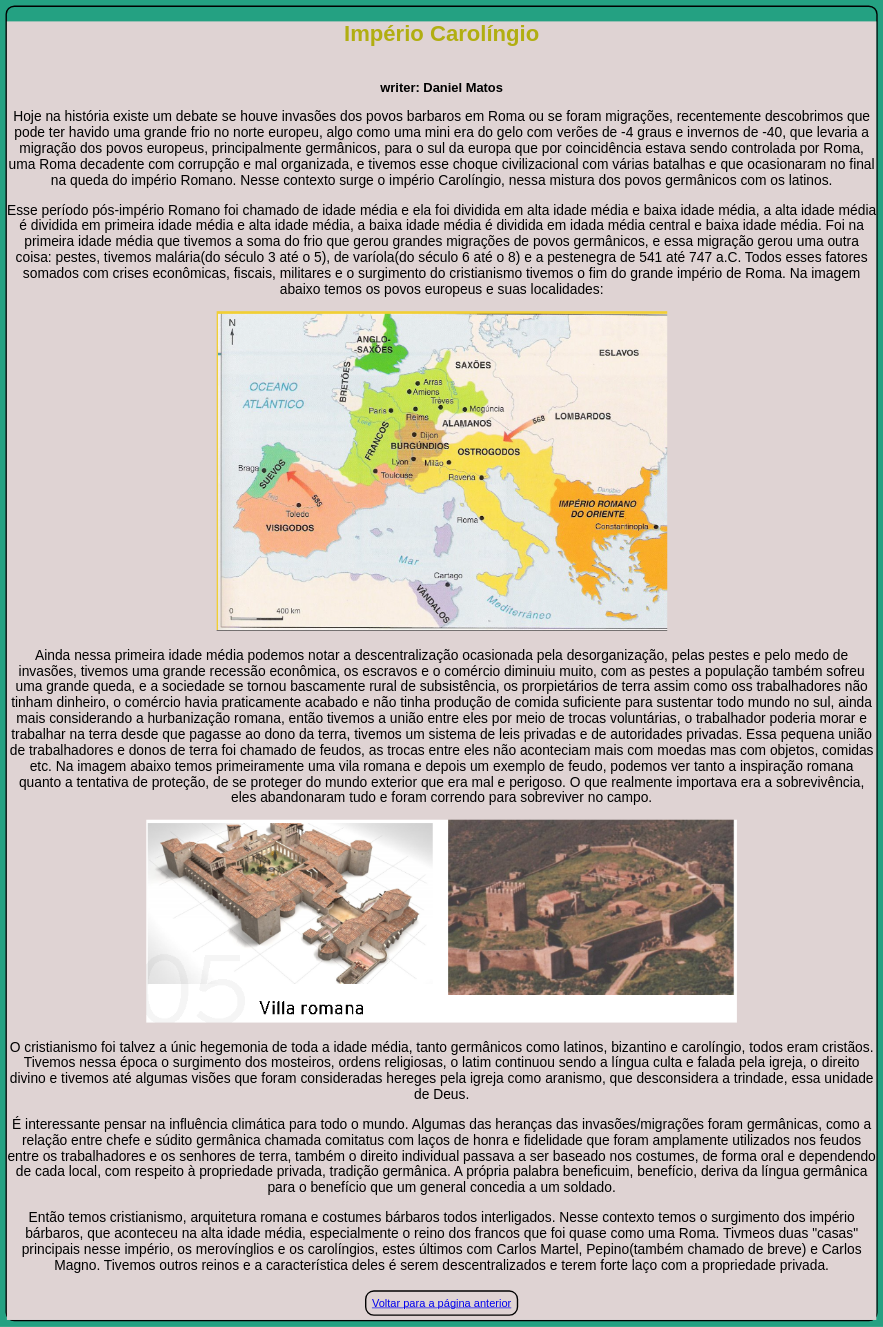
Repository: batmit/FutureFundation.github.io-1
Page: menu/articles/history/ancient/caroníngio/caronígio.html
An editor plug-in stored every save of this project. The page is shown before and after the next save, followed by the edit.
The browser window is 1280 px wide. The pictures show the whole page, at 69% of full size.

Above is the page before, as saved 2021-10-05 13:41:31.

### menu/articles/history/ancient/caroníngio/caronígio.html
<!DOCTYPE html>
<html lang="en">
<head>
    <meta charset="UTF-8">
    <meta http-equiv="X-UA-Compatible" content="IE=edge">
    <meta name="viewport" content="width=device-width, initial-scale=1.0">
    <title>Império Carolíngio</title>
    <link rel="stylesheet" href="../../../../main.css">
</head>
<body>
    <div id="all">
        <header>
            <h1>Império Carolíngio</h1>
            <h3>writer: Daniel Matos</h3>
        </header>
        <p>Hoje na história existe um debate se houve invasões dos povos barbaros em Roma ou se foram migrações, recentemente descobrimos que pode ter havido uma grande frio no norte europeu, algo como uma mini era do gelo com verões de -4 graus e invernos de -40, que levaria a migração dos povos europeus, principalmente germânicos, para o sul da europa que por coincidência estava sendo controlada por Roma, uma Roma decadente com corrupção e mal organizada, e tivemos esse choque civilizacional com várias batalhas e que ocasionaram no final na queda do império Romano. Nesse contexto surge o império Carolíngio, nessa mistura dos povos germânicos com os latinos.</p>

        <p>Esse período pós-império Romano foi chamado de idade média e ela foi dividida em alta idade média e baixa idade média, a alta idade média é dividida em primeira idade média e alta idade média, a baixa idade média é dividida em idada média central e baixa idade média. Foi na primeira idade média que tivemos a soma do frio que gerou grandes migrações de povos germânicos, e essa migração gerou uma outra coisa: pestes, tivemos malária(do século 3 até o 5), de varíola(do século 6 até o 8) e a pestenegra de 541 até 747 a.C. Todos esses fatores somados com crises econômicas, fiscais, militares e o surgimento do cristianismo tivemos o fim do grande império de Roma. Na imagem abaixo temos os povos europeus e suas localidades:</p>
        <img src="./povos_eutopeus.PNG" alt="povos europeus">

        <p>Ainda nessa primeira idade média podemos notar a descentralização ocasionada pela desorganização, pelas pestes e pelo medo de invasões, tivemos uma grande recessão econômica, os escravos e o comércio diminuiu muito, com as pestes a população também sofreu uma grande queda, e a sociedade se tornou bascamente rural de subsistência, os prorpietários de terra assim como oss trabalhadores não tinham dinheiro, o comércio havia praticamente acabado e não tinha produção de comida suficiente para sustentar todo mundo no sul, ainda mais considerando a hurbanização romana, então tivemos a união entre eles por meio de trocas voluntárias, o trabalhador poderia morar e trabalhar na terra desde que pagasse ao dono da terra, tivemos um sistema de leis privadas e de autoridades privadas. Essa pequena união de trabalhadores e donos de terra foi chamado de feudos, as trocas entre eles não aconteciam mais com moedas mas com objetos, comidas etc. Na imagem abaixo temos primeiramente uma vila romana e depois um exemplo de feudo, podemos ver tanto a inspiração romana quanto a tentativa de proteção, de se proteger do mundo exterior que era mal e perigoso. O que realmente importava era a sobrevivência, eles abandonaram tudo e foram correndo para sobreviver no campo. </p>


        <img src="./vila_romana.PNG" alt="vila romana">

        <p>O cristianismo foi talvez a únic hegemonia de toda a idade média, tanto germânicos como latinos, bizantino e carolíngio, todos eram cristãos. Tivemos nessa época o surgimento dos mosteiros, ordens religiosas, o latim continuou sendo a língua culta e falada pela igreja, o direito divino e tivemos até algumas visões que foram consideradas hereges pela igreja como aranismo, que desconsidera a trindade, essa unidade de Deus. </p>

        <p>É interessante pensar na influência climática para todo o mundo. Algumas das heranças das invasões/migrações foram germânicas, como a relação entre chefe e súdito germânica chamada comitatus com laços de honra e fidelidade que foram amplamente utilizados nos feudos entre os trabalhadores e os senhores de terra, também o direito individual passava a ser baseado nos costumes, de forma oral e dependendo de cada local, com respeito à propriedade privada, tradição germânica. A própria palabra beneficuim, benefício, deriva da língua germânica para o benefício que um general concedia a um soldado. </p>

        <p>Então temos cristianismo, arquitetura romana e costumes bárbaros todos interligados. Nesse contexto temos o surgimento dos império bárbaros, que aconteceu na alta idade média, especialmente o reino dos francos que foi quase como uma Roma. Tivmeos duas "casas" principais nesse império, os merovínglios e os carolíngios, estes últimos com Carlos Martel, Pepino(também chamado de breve) e Carlos Magno. Tivemos outros reinos e a característica deles é serem descentralizados e terem forte laço com a propriedade privada.  </p>

        <a href="./caroníngio_main.html">Voltar para a página anterior</a>
    </div>
</body>
</html>

### menu/main.css
body{

    text-align: center;

    border: black 2px solid;

    border-radius: 0.8rem;

    font-family: 'Ubuntu', arial;

    background-color: rgb(36, 161, 130);


}

#articles {
    gap: 3px;
}

#all{

    background-color: rgb(223, 211, 211);

}


#codigo{
    text-align:left;

}


img{
    text-align: center;
    justify-content: center;

}

p{
    font-size: 20px;
    font-family: 'Ubuntu', arial;
}

a{
    border: 2px solid black;

    border-radius: 0.8rem;

    box-sizing: border-box;

    padding: 0.5rem;

    line-height:3rem;

    margin: 2px;


}

a:hover{

    background-color:#F0FFFF;

}

h1{

    margin-bottom: 3rem;

    color: rgb(177, 174, 17);

}

audio {
    -webkit-transition:all 0.5s linear;
    -moz-transition:all 0.5s linear;
    -o-transition:all 0.5s linear;
    transition:all 0.5s linear;
    -moz-box-shadow: 2px 2px 4px 0px #006773;
    -webkit-box-shadow:  2px 2px 4px 0px #006773;
    box-shadow: 2px 2px 4px 0px #006773;
    -moz-border-radius:7px 7px 7px 7px ;
    -webkit-border-radius:7px 7px 7px 7px ;
    border-radius:7px 7px 7px 7px ;
}

audio:hover, audio:focus, audio:active {

-webkit-box-shadow: 15px 15px 20px rgba(0,0, 0, 0.4);
-moz-box-shadow: 15px 15px 20px rgba(0,0, 0, 0.4);
box-shadow: 15px 15px 20px rgba(0,0, 0, 0.4);
-webkit-transform: scale(1.05);
-moz-transform: scale(1.05);
transform: scale(1.05);

}



@media (max-width: 900px) {


    a{

        display: block;
        line-height: 0.5rem;
        padding: 1rem;

    }

    #img{
        text-align: right;
    }

}

@media (prefers-color-scheme: dark) {
    #all{

        background-color: rgb(90, 73, 73);

    }

    h1{
        color: white
    }

    p{
        color: white;
    }

    a{
        background-color: aqua;
    }

    h3{
        color: white;
    }

    strong {
        color: white;
    }


}

After the next save:
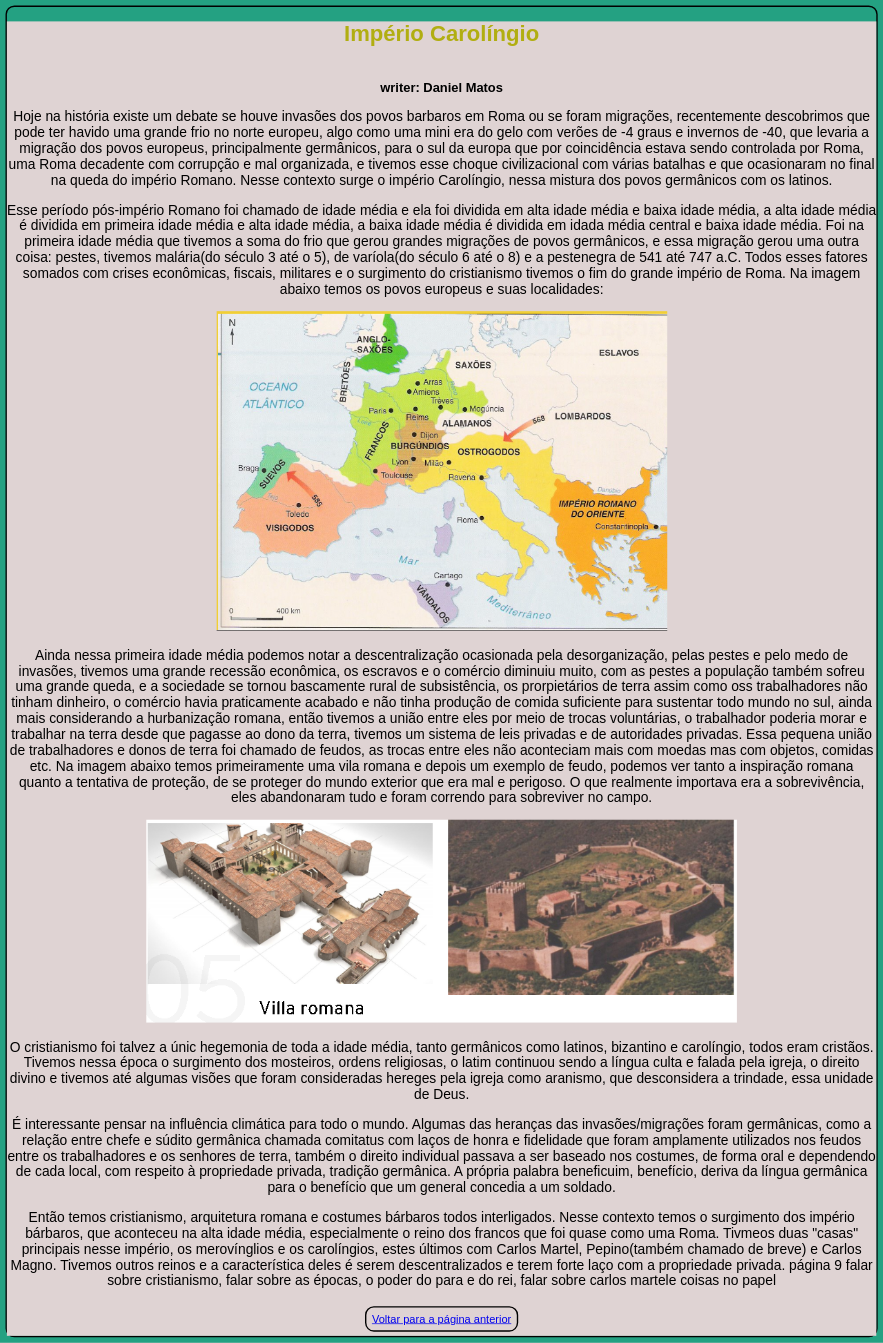
Saved 4 min 19 s later.
--- a/menu/articles/history/ancient/caroníngio/caronígio.html
+++ b/menu/articles/history/ancient/caroníngio/caronígio.html
@@ -27,7 +27,7 @@
 
         <p>É interessante pensar na influência climática para todo o mundo. Algumas das heranças das invasões/migrações foram germânicas, como a relação entre chefe e súdito germânica chamada comitatus com laços de honra e fidelidade que foram amplamente utilizados nos feudos entre os trabalhadores e os senhores de terra, também o direito individual passava a ser baseado nos costumes, de forma oral e dependendo de cada local, com respeito à propriedade privada, tradição germânica. A própria palabra beneficuim, benefício, deriva da língua germânica para o benefício que um general concedia a um soldado. </p>
 
-        <p>Então temos cristianismo, arquitetura romana e costumes bárbaros todos interligados. Nesse contexto temos o surgimento dos império bárbaros, que aconteceu na alta idade média, especialmente o reino dos francos que foi quase como uma Roma. Tivmeos duas "casas" principais nesse império, os merovínglios e os carolíngios, estes últimos com Carlos Martel, Pepino(também chamado de breve) e Carlos Magno. Tivemos outros reinos e a característica deles é serem descentralizados e terem forte laço com a propriedade privada.  </p>
+        <p>Então temos cristianismo, arquitetura romana e costumes bárbaros todos interligados. Nesse contexto temos o surgimento dos império bárbaros, que aconteceu na alta idade média, especialmente o reino dos francos que foi quase como uma Roma. Tivmeos duas "casas" principais nesse império, os merovínglios e os carolíngios, estes últimos com Carlos Martel, Pepino(também chamado de breve) e Carlos Magno. Tivemos outros reinos e a característica deles é serem descentralizados e terem forte laço com a propriedade privada.  página 9 falar sobre cristianismo, falar sobre as épocas, o poder do para e do rei, falar sobre carlos martele coisas no papel </p>
 
         <a href="./caroníngio_main.html">Voltar para a página anterior</a>
     </div>
